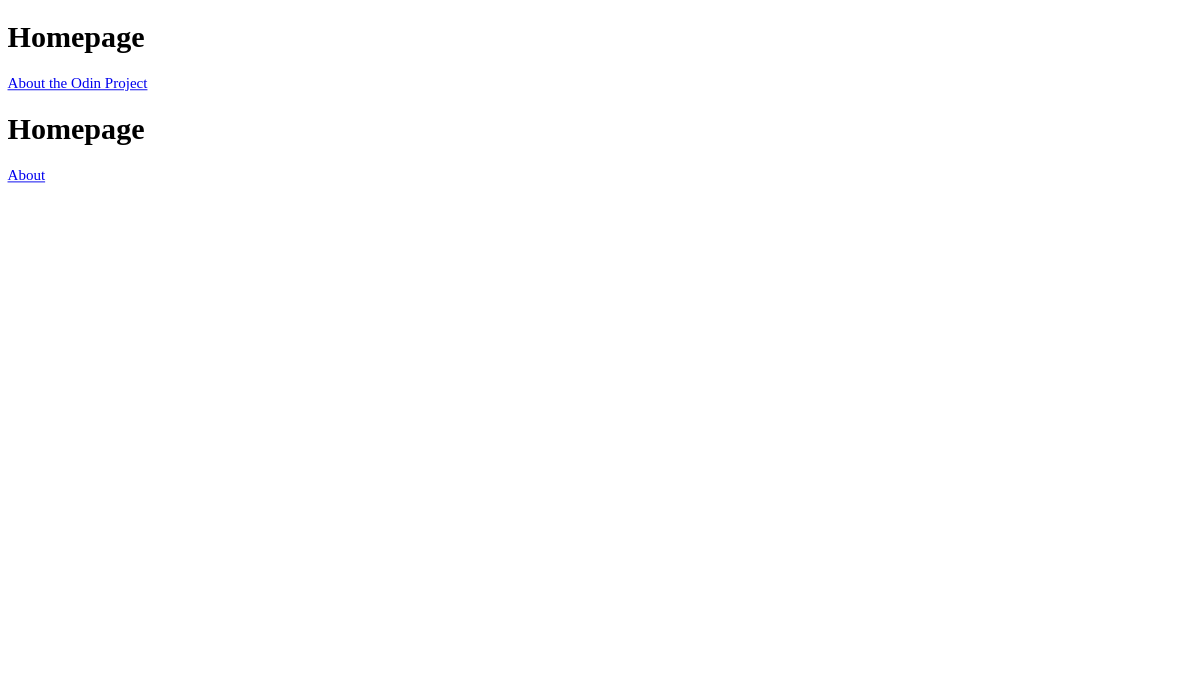
Repository: j0vesday/git_test
Page: root/odin-links-and-images/index.html
An editor plug-in stored every save of this project. The page is shown before and after the next save, followed by the edit.
The browser window is 1280 px wide. The pictures show the whole page, at 94% of full size.

Above is the page before, as saved 2024-09-27 04:53:15.

### root/odin-links-and-images/index.html
<!DOCTYPE html>
<!DOCTYPE html>
<html lang="en">
<head>
    <meta charset="UTF-8">
    <meta name="viewport" content="width=device-width, initial-scale=1.0">
    <title>Document</title>
</head>
<body>
    <h1>Homepage</h1>
    <a href="https://www.theodinproject.com/about" target="_blank" rel="noopener norefe">About the Odin Project</a>
    <h1>Homepage</h1>
    <a href="pages/about.html">About</a>
</body>
</html

After the next save:
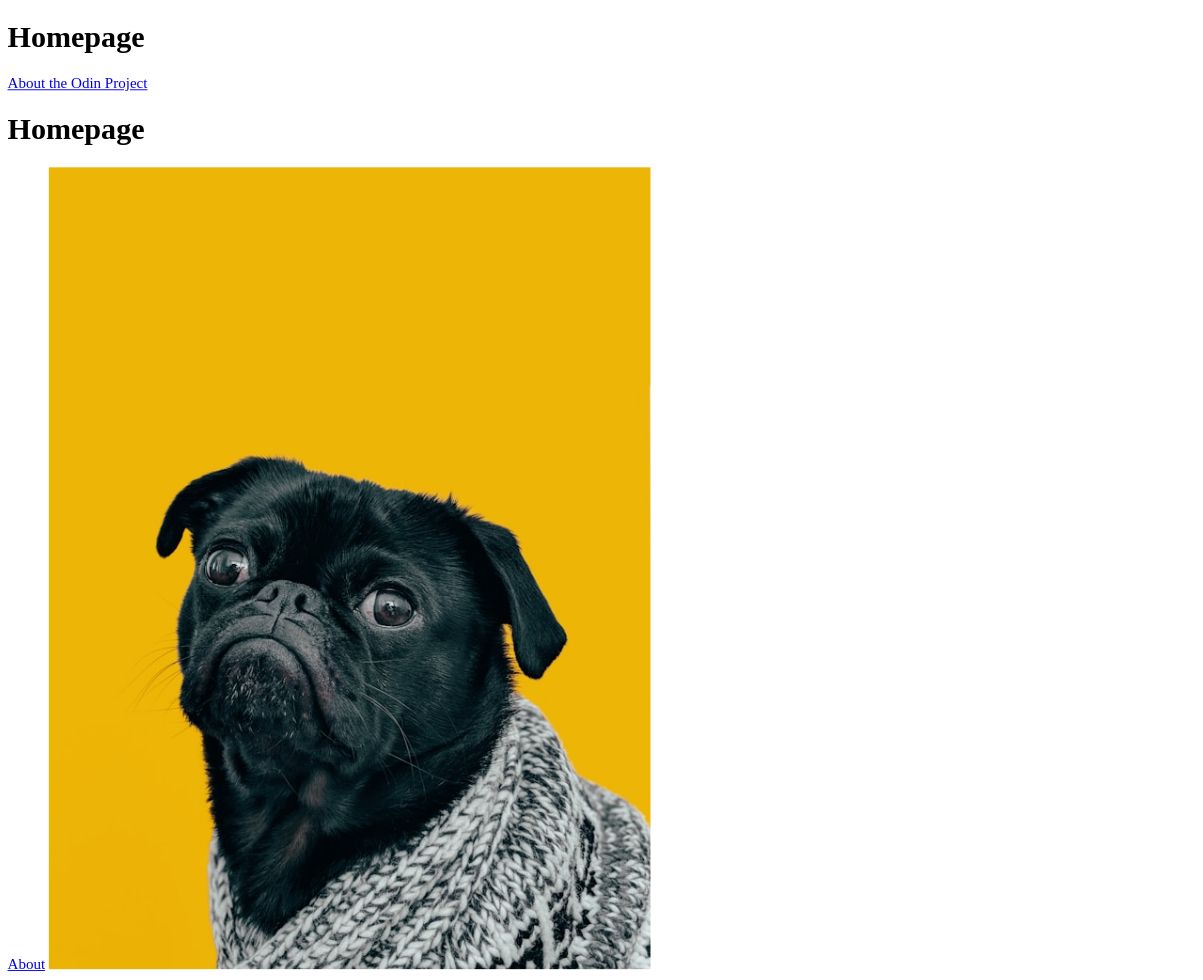
Saved 42 min 1 s later.
--- a/root/odin-links-and-images/index.html
+++ b/root/odin-links-and-images/index.html
@@ -11,5 +11,7 @@
     <a href="https://www.theodinproject.com/about" target="_blank" rel="noopener norefe">About the Odin Project</a>
     <h1>Homepage</h1>
     <a href="pages/about.html">About</a>
+
+    <img src="./images/dog.jpg"
 </body>
 </html
